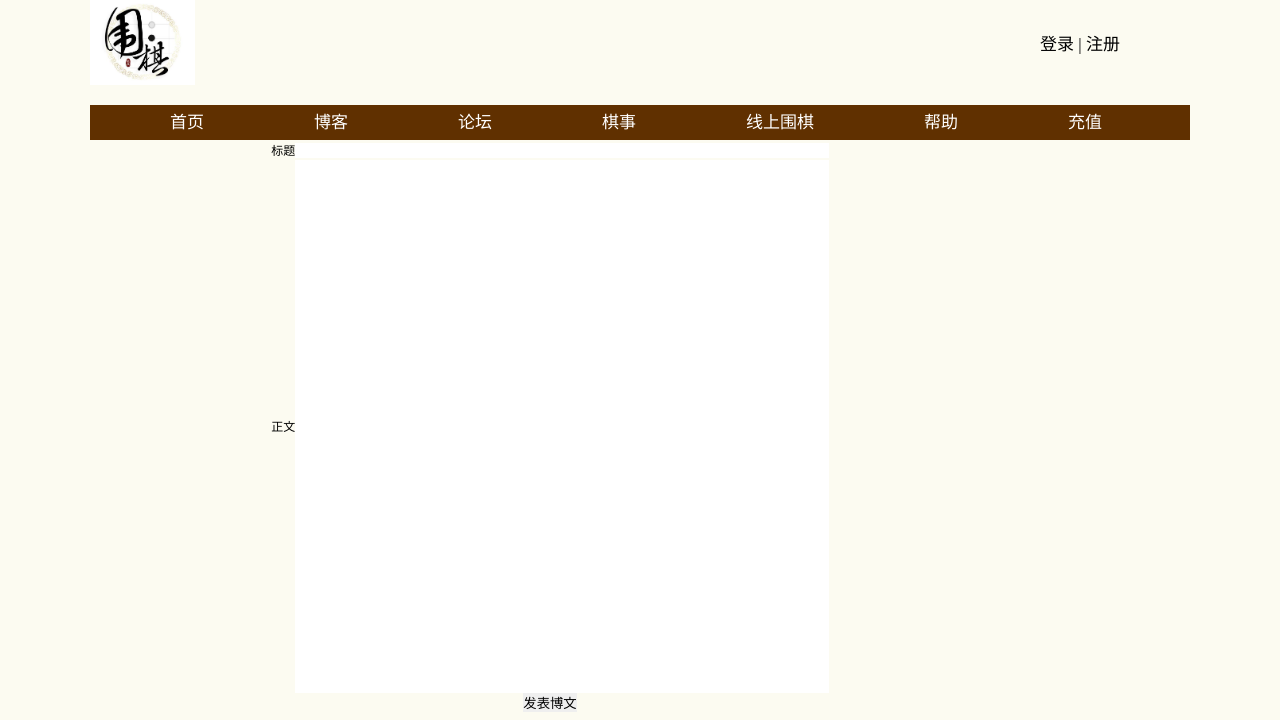
Repository: yxh0/Go
Page: http://localhost/keshe/keshe/blog_post.jsp
The author's editor kept a copy of each file at every save. The page is drawn from the files as they stood at one save, then again after the next save.
The browser window is 1280 px wide. The pictures show the whole page.
The page is served by Tomcat 9.

Above is the page before, as saved 2020-06-11 10:50:11.

After the next save:
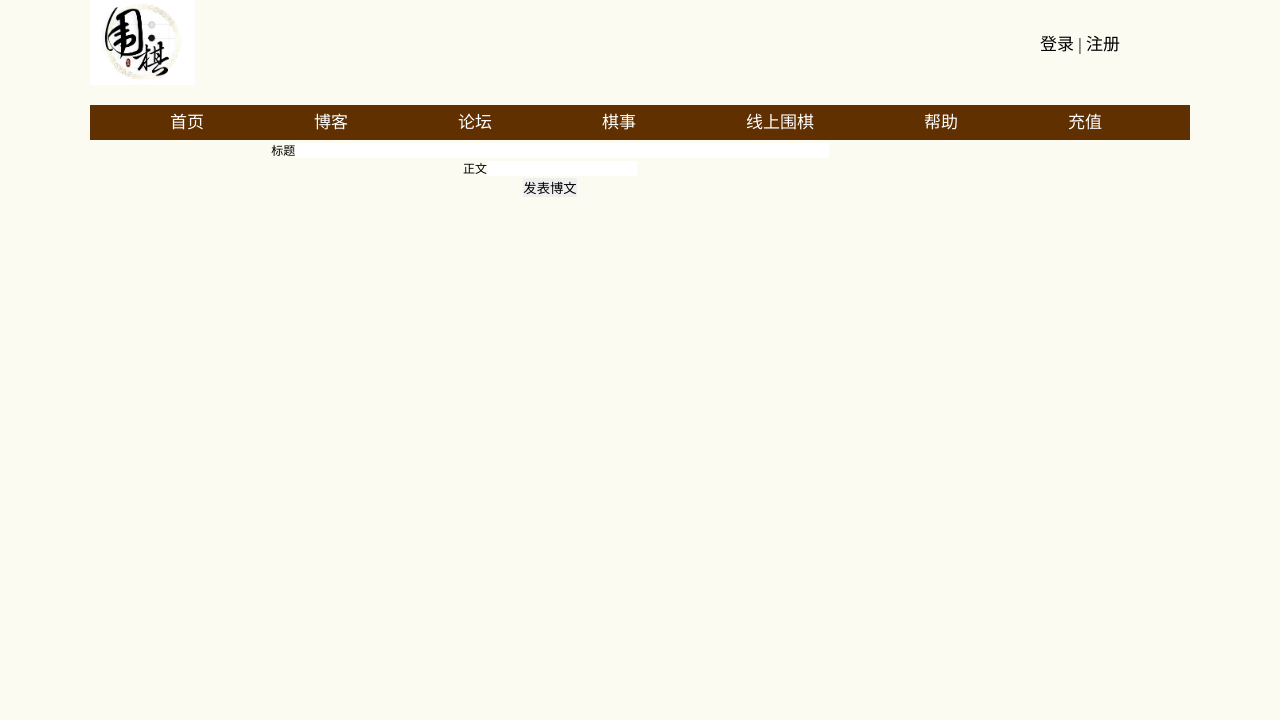
Saved 6 min 32 s later.
--- a/SoftwareProjectGo/keshe/WebContent/keshe/blog_post.jsp
+++ b/SoftwareProjectGo/keshe/WebContent/keshe/blog_post.jsp
@@ -42,7 +42,7 @@
 		<div class="border w"></div>
 		<form action="addblog.jsp" name="register" method="post">
 			<center>标题<input name="blog_title" style="width:40em" type="textArea" class="code"><br></center>
-			<center>正文<input name="blog_text" style="width:40em; height:40em" type="textArea" class="code"><br>
+			<center>正文<input name="blog_text" cols="50"; rows="20" type="textArea" class="code"><br>
 			<input type="submit" value="发表博文" class="now-register"></center>
          </form>
 	</div>
